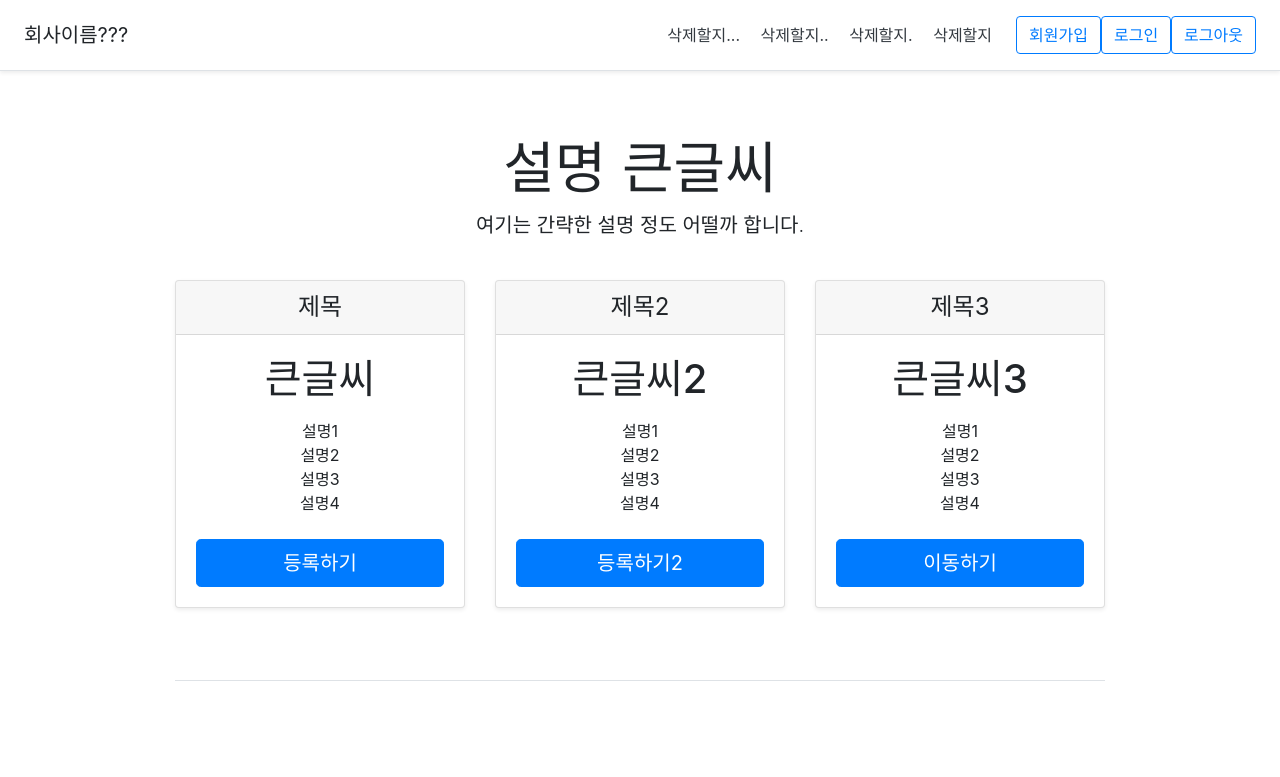
Repository: SettingRhino/innogleantmanager
Page: http://localhost/antmanager/WEB-INF/views/home.jsp
An editor plug-in stored every save of this project. The page is shown before and after a run of saves, followed by the edit.
The browser window is 1280 px wide. The pictures show the whole page.
The page is served by Tomcat 9. Nobody is signed in. Other server files are loaded and not shown. The template is opened directly, without the code that normally fills it, so the values that code supplies are empty.

Above is the page before, as saved 2020-06-08 17:11:28.

### antmanager/src/main/webapp/WEB-INF/views/home.jsp
<%@ page language="java" contentType="text/html; charset=UTF-8"
	pageEncoding="UTF-8"%>
<%@ taglib uri="http://java.sun.com/jsp/jstl/core" prefix="c" %>

<!doctype html>
<html>
  <head>
    <meta charset="utf-8">
    <meta name="viewport" content="width=device-width, initial-scale=1, shrink-to-fit=no">
    <meta name="description" content="">
    <meta name="author" content="Mark Otto, Jacob Thornton, and Bootstrap contributors">
    <meta name="generator" content="Jekyll v4.0.1">
    <title>Pricing example · Bootstrap</title>

    <link rel="canonical" href="https://getbootstrap.com/docs/4.5/examples/pricing/">

    <link rel="stylesheet" href="https://stackpath.bootstrapcdn.com/bootstrap/4.4.1/css/bootstrap.min.css" integrity="sha384-Vkoo8x4CGsO3+Hhxv8T/Q5PaXtkKtu6ug5TOeNV6gBiFeWPGFN9MuhOf23Q9Ifjh" crossorigin="anonymous">

    <style>
      .bd-placeholder-img {
        font-size: 1.125rem;
        text-anchor: middle;
        -webkit-user-select: none;
        -moz-user-select: none;
        -ms-user-select: none;
        user-select: none;
      }

      @media (min-width: 768px) {
        .bd-placeholder-img-lg {
          font-size: 3.5rem;
        }
      }
    </style>
    <!-- Custom styles for this template -->

    <link href= "<c:url value="/resources/css/pricing.css"/>" rel="stylesheet">
  </head>
  <body>
    <div class="d-flex flex-column flex-md-row align-items-center p-3 px-md-4 mb-3 bg-white border-bottom shadow-sm">
  <h5 class="my-0 mr-md-auto font-weight-normal">회사이름???</h5>
  <nav class="my-2 my-md-0 mr-md-3">
    <a class="p-2 text-dark" href="#">삭제할지...</a>
    <a class="p-2 text-dark" href="#">삭제할지..</a>
    <a class="p-2 text-dark" href="#">삭제할지.</a>

    <a class="p-2 text-dark" href="<c:url value="/test"/>">삭제할지</a>
  </nav>
  <a class="btn btn-outline-primary" href="<c:url value="/user/signup"/>">회원가입</a>
  <a class="btn btn-outline-primary" href="<c:url value="/login"/>">로그인</a>
  <a class="btn btn-outline-primary" href="<c:url value="/logout"/>">로그아웃</a>
</div>

<div class="pricing-header px-3 py-3 pt-md-5 pb-md-4 mx-auto text-center">
  <h1 class="display-4">설명 큰글씨</h1>
  <p class="lead">여기는 간략한 설명 정도 어떨까 합니다.</p>
</div>

<div class="container">
  <div class="card-deck mb-3 text-center">
    <div class="card mb-4 shadow-sm">
      <div class="card-header">
        <h4 class="my-0 font-weight-normal">제목</h4>
      </div>
      <div class="card-body">
        <h1 class="card-title pricing-card-title">큰글씨</h1>
        <ul class="list-unstyled mt-3 mb-4">
          <li>설명1</li>
          <li>설명2</li>
          <li>설명3</li>
          <li>설명4</li>
        </ul>
        <a href=""></a>
        <button type="button" class="btn btn-lg btn-block btn-primary" href="dairy/view">등록하기</button>
      </div>
    </div>
    <div class="card mb-4 shadow-sm">
      <div class="card-header">
        <h4 class="my-0 font-weight-normal">제목2</h4>
      </div>
      <div class="card-body">
        <h1 class="card-title pricing-card-title">큰글씨2</h1>
        <ul class="list-unstyled mt-3 mb-4">
          <li>설명1</li>
          <li>설명2</li>
          <li>설명3</li>
          <li>설명4</li>
        </ul>
        <button type="button" class="btn btn-lg btn-block btn-primary"href="#">등록하기2</button>
      </div>
    </div>
    <div class="card mb-4 shadow-sm">
      <div class="card-header">
        <h4 class="my-0 font-weight-normal">제목3</h4>
      </div>
      <div class="card-body">
        <h1 class="card-title pricing-card-title">큰글씨3</h1>
        <ul class="list-unstyled mt-3 mb-4">
       <li>설명1</li>
          <li>설명2</li>
          <li>설명3</li>
          <li>설명4</li>
        </ul>
        <button type="button" class="btn btn-lg btn-block btn-primary"href="#">이동하기</button>
      </div>
    </div>
  </div>

  <footer class="pt-4 my-md-5 pt-md-5 border-top">
  <!--
    <div class="row">
      <div class="col-12 col-md">
        <img class="mb-2" src="/docs/4.5/assets/brand/bootstrap-solid.svg" alt="" width="24" height="24">
        <small class="d-block mb-3 text-muted">&copy; 2017-2020</small>
      </div>
      <div class="col-6 col-md">
        <h5>Features</h5>
        <ul class="list-unstyled text-small">
          <li><a class="text-muted" href="#">Cool stuff</a></li>
          <li><a class="text-muted" href="#">Random feature</a></li>
          <li><a class="text-muted" href="#">Team feature</a></li>
          <li><a class="text-muted" href="#">Stuff for developers</a></li>
          <li><a class="text-muted" href="#">Another one</a></li>
          <li><a class="text-muted" href="#">Last time</a></li>
        </ul>
      </div>
      <div class="col-6 col-md">
        <h5>Resources</h5>
        <ul class="list-unstyled text-small">
          <li><a class="text-muted" href="#">Resource</a></li>
          <li><a class="text-muted" href="#">Resource name</a></li>
          <li><a class="text-muted" href="#">Another resource</a></li>
          <li><a class="text-muted" href="#">Final resource</a></li>
        </ul>
      </div>
      <div class="col-6 col-md">
        <h5>About</h5>
        <ul class="list-unstyled text-small">
          <li><a class="text-muted" href="#">Team</a></li>
          <li><a class="text-muted" href="#">Locations</a></li>
          <li><a class="text-muted" href="#">Privacy</a></li>
          <li><a class="text-muted" href="#">Terms</a></li>
        </ul>
      </div>
    </div> -->
  </footer>
</div>
</body>
</html>

### antmanager/src/main/webapp/resources/css/pricing.css
@charset "UTF-8";
html {
  font-size: 14px;
}
@media (min-width: 768px) {
  html {
    font-size: 16px;
  }
}

.container {
  max-width: 960px;
}

.pricing-header {
  max-width: 700px;
}

.card-deck .card {
  min-width: 220px;
}

After the next 2 saves:
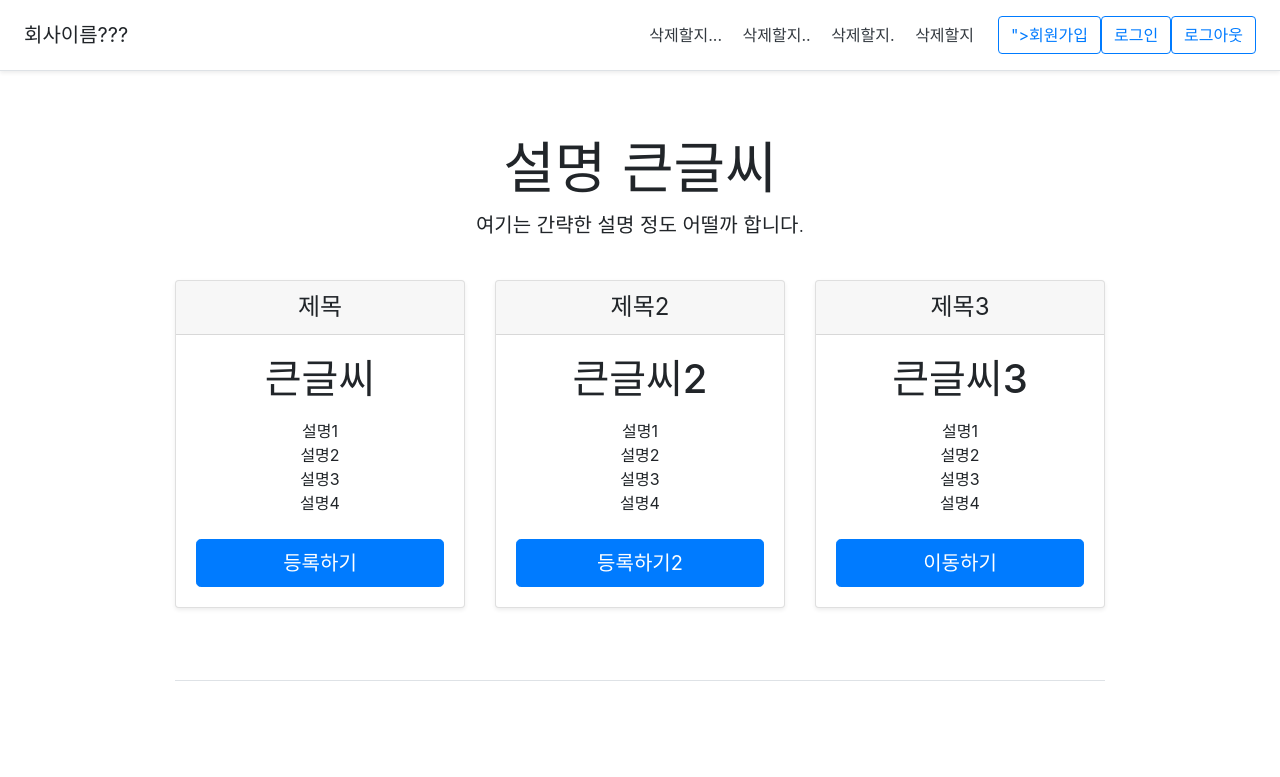
The 2 saves are shown as one change because they came seconds apart.
The last was saved 21 s later.
--- a/antmanager/src/main/webapp/WEB-INF/views/home.jsp
+++ b/antmanager/src/main/webapp/WEB-INF/views/home.jsp
@@ -46,7 +46,7 @@
 
     <a class="p-2 text-dark" href="<c:url value="/test"/>">삭제할지</a>
   </nav>
-  <a class="btn btn-outline-primary" href="<c:url value="/user/signup"/>">회원가입</a>
+  <a class="btn btn-outline-primary" href="c:url value="/user/signup"/>">회원가입</a>
   <a class="btn btn-outline-primary" href="<c:url value="/login"/>">로그인</a>
   <a class="btn btn-outline-primary" href="<c:url value="/logout"/>">로그아웃</a>
 </div>
@@ -70,7 +70,7 @@
           <li>설명3</li>
           <li>설명4</li>
         </ul>
-        <a href=""></a>
+        <a href="<c:url value="/user/signup"/>"></a>
         <button type="button" class="btn btn-lg btn-block btn-primary" href="dairy/view">등록하기</button>
       </div>
     </div>
